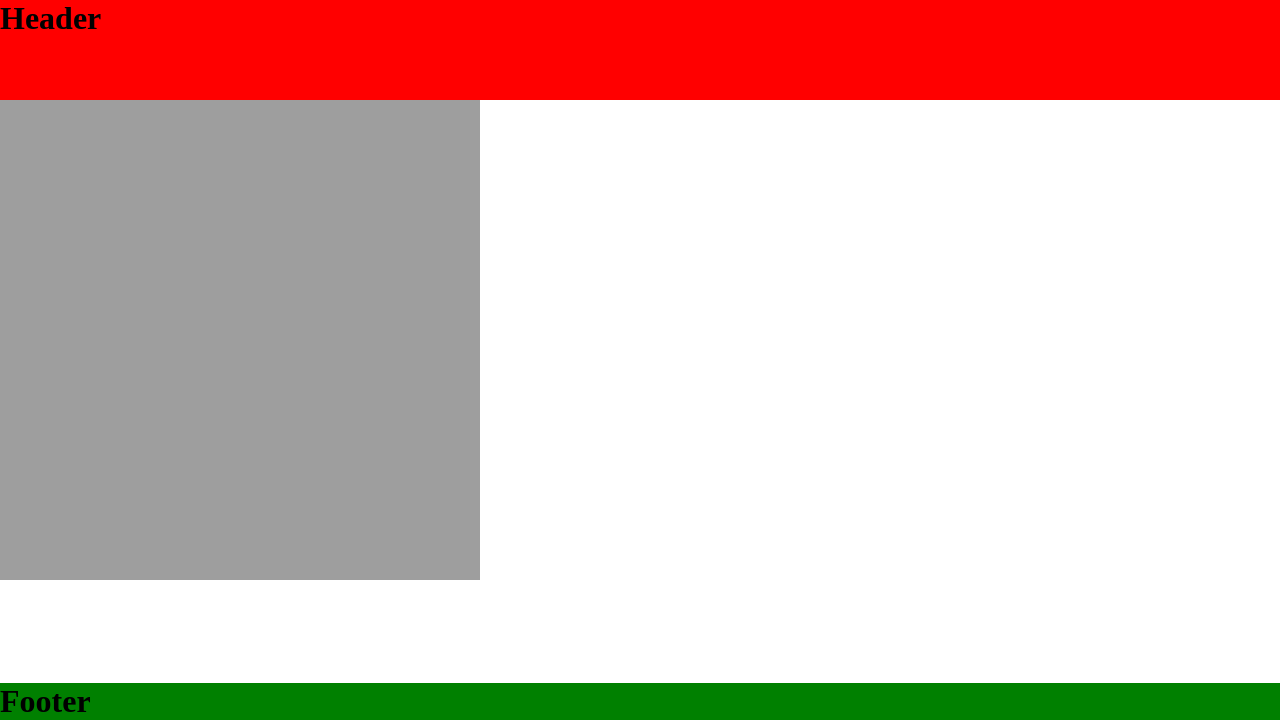
Repository: jameswilky/chess
Page: index.html
An editor plug-in stored every save of this project. The page is shown before and after the next save, followed by the edit.
The browser window is 1280 px wide. The pictures show the whole page.

Above is the page before, as saved 2018-11-21 20:35:47.

After the next save:
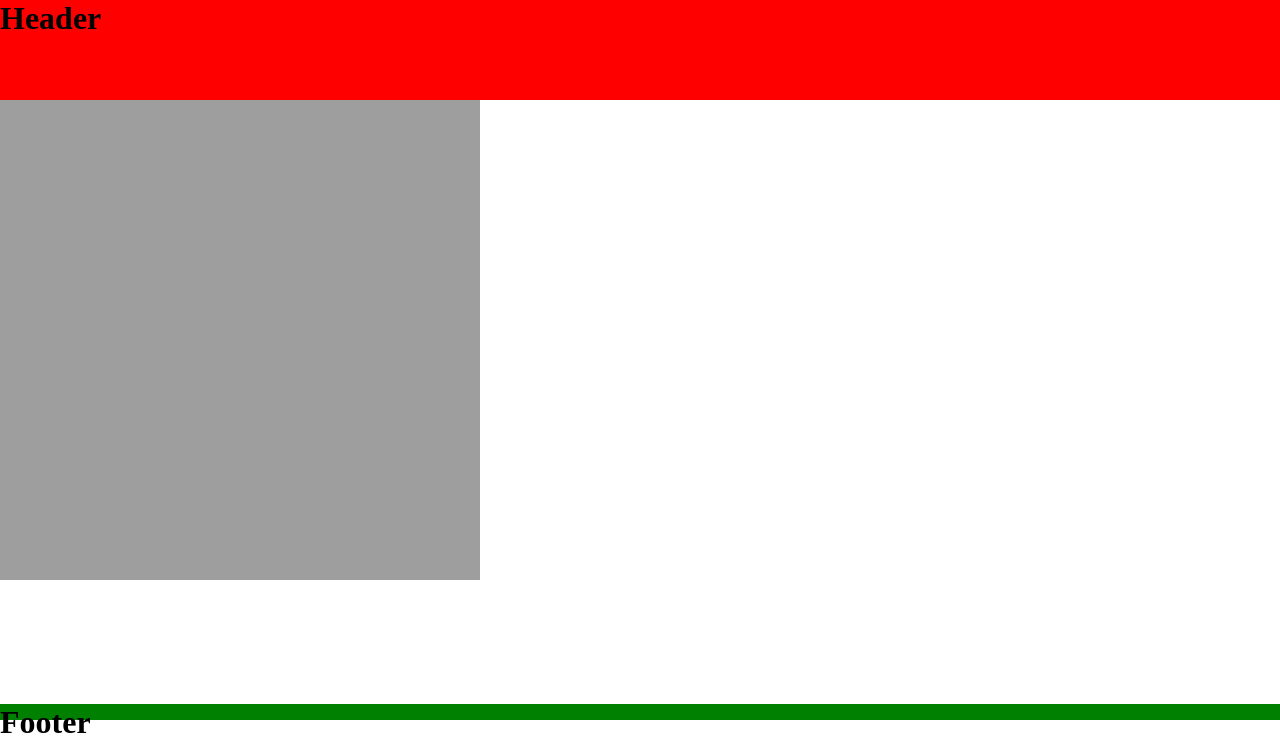
Saved 6 s later.
--- a/style.css
+++ b/style.css
@@ -39,6 +39,6 @@ footer{
   right: 0;
   left: 0;
   background-color: green;
-  height: 1fr;
+  height: 1em;
   bottom: 0;
 }
